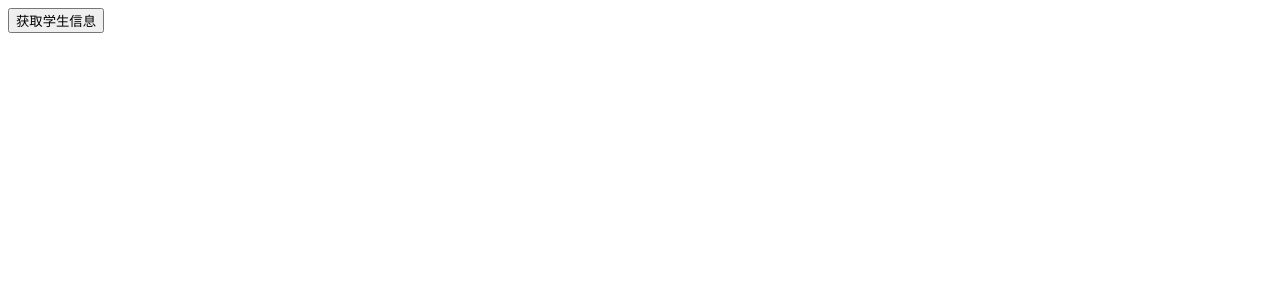
Repository: Crow7277/Vue2-
Page: /
The author's editor kept a copy of each file at every save. The page is drawn from the files as they stood at one save, then again after the next save.
The browser window is 1280 px wide. The pictures show the whole page.
The project was rebuilt for these pictures with package versions that can differ from the ones it lists, and the page was loaded fresh each time. Also part of the build but not shown: vue.config.js.

Above is the page before, as saved 2022-04-05 16:59:00.

After the next save:
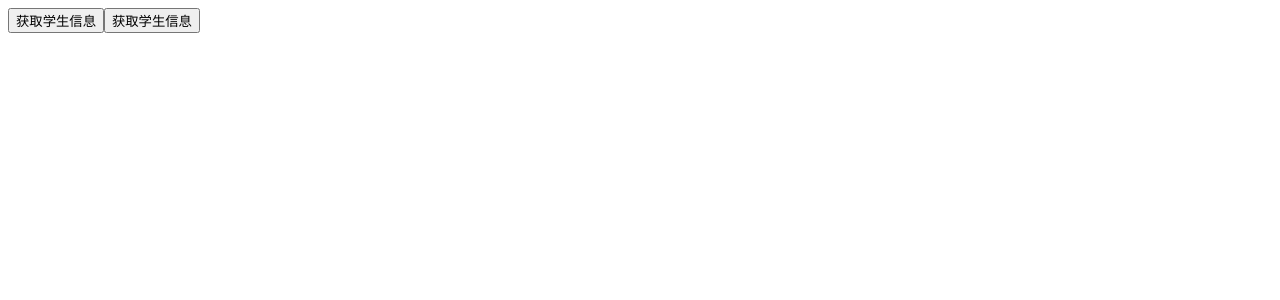
Saved 5 s later.
--- a/src/App.vue
+++ b/src/App.vue
@@ -1,5 +1,6 @@
 <template>
     <div>
+        <button @click="getStudents">获取学生信息</button>
         <button @click="getStudents">获取学生信息</button>
     </div>
 </template>
